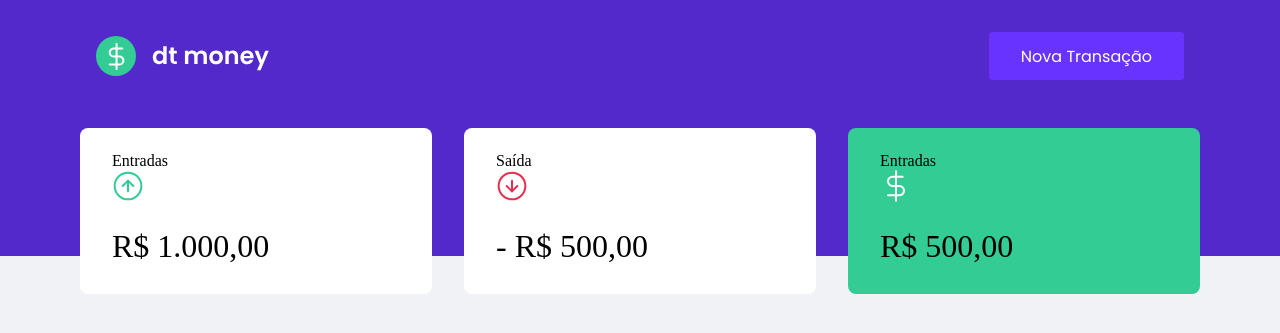
Repository: viniciusfg05/vlmoney
Page: /
The author's editor kept a copy of each file at every save. The page is drawn from the files as they stood at one save, then again after the next save.
The browser window is 1280 px wide. The pictures show the whole page.
The project was rebuilt for these pictures with package versions that can differ from the ones it lists, and the page was loaded fresh each time.

Above is the page before, as saved 2022-02-21 14:46:06.

After the next save:
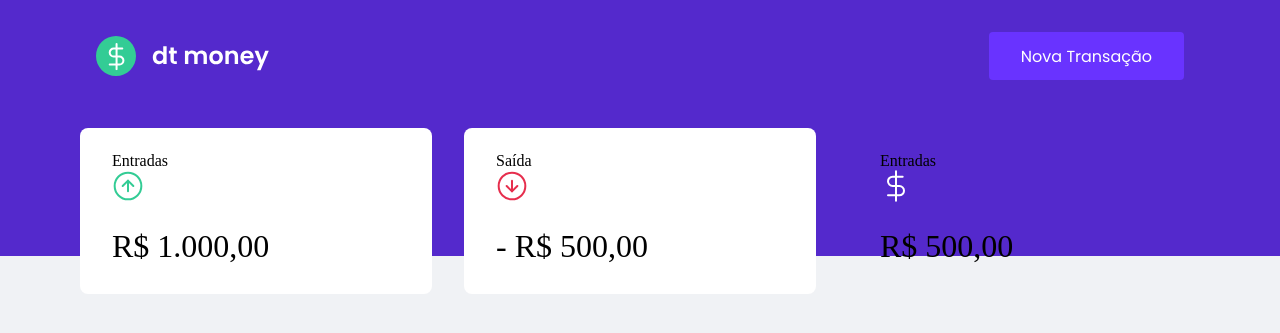
Saved 15 s later.
--- a/src/components/summary/styles.ts
+++ b/src/components/summary/styles.ts
@@ -28,6 +28,7 @@
 
     &.light-background {
       background: var(--green)
+      color: var(--background)
     }
   }
  `;

After the save that followed:
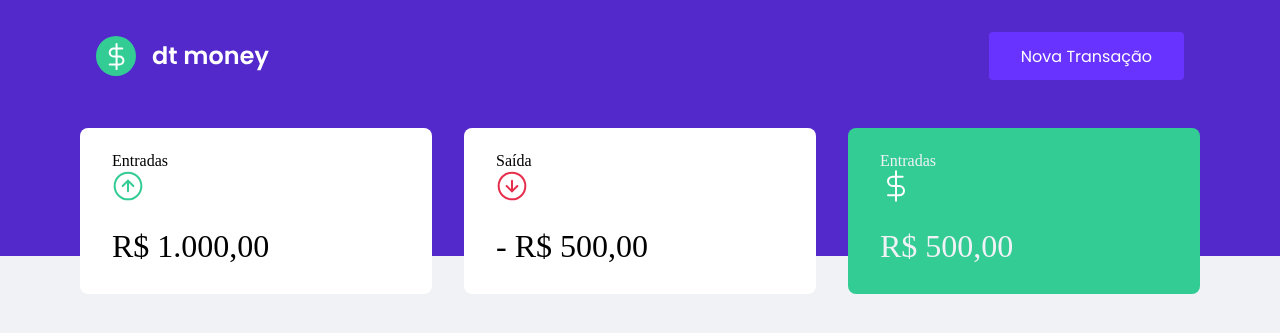
Saved 7 s later.
--- a/src/components/summary/styles.ts
+++ b/src/components/summary/styles.ts
@@ -27,8 +27,8 @@
     }
 
     &.light-background {
-      background: var(--green)
-      color: var(--background)
+      background: var(--green);
+      color: var(--background);
     }
   }
  `;
